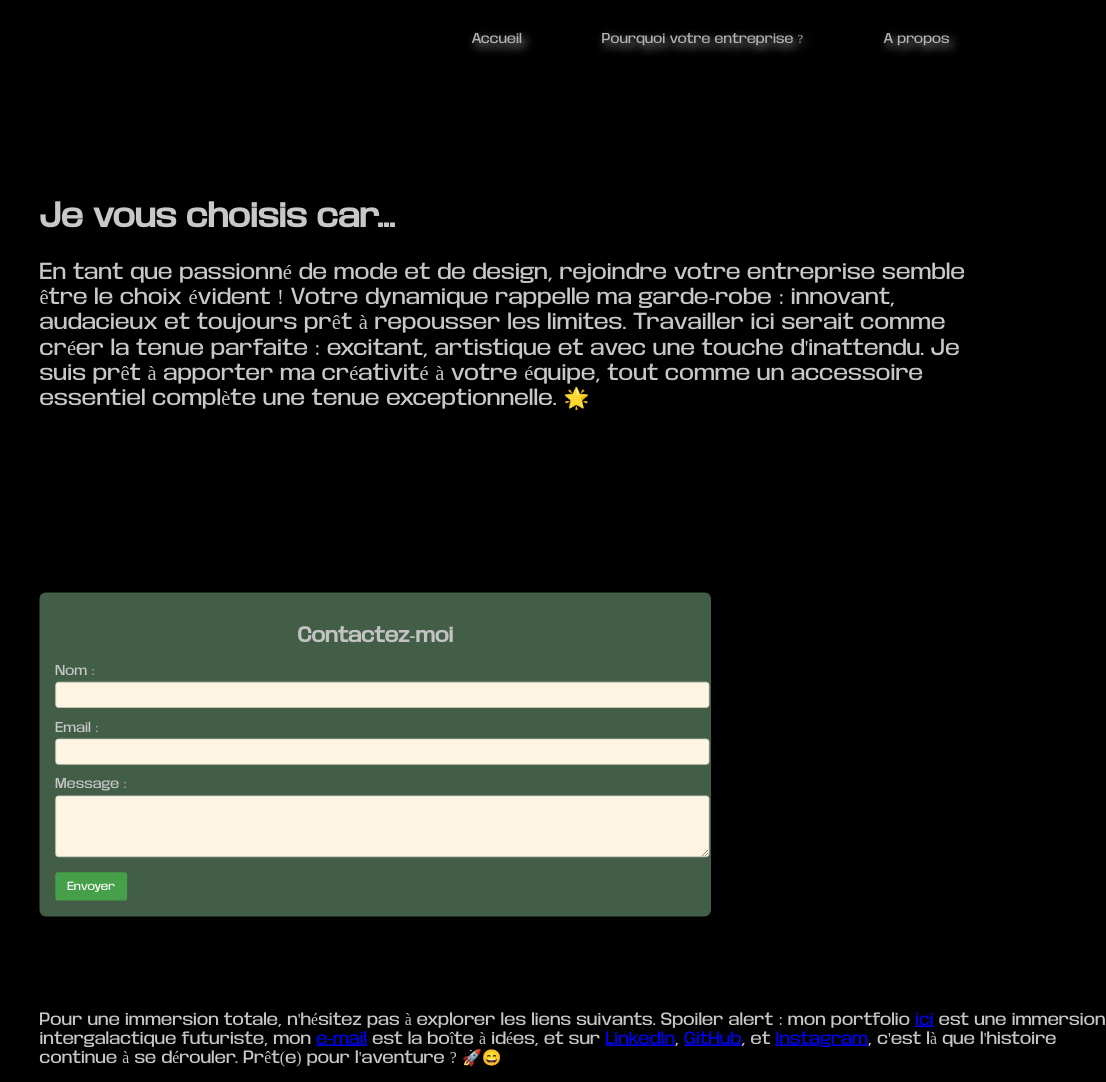
Repository: inessben/application
Page: about/about.html
The author's editor kept a copy of each file at every save. The page is drawn from the files as they stood at one save, then again after the next save.
The browser window is 1280 px wide. The page is 1400 px wide, so the pictures cover 1400 px, including what lies to the right of the window. The pictures show the whole page, at 79% of full size.

Above is the page before, as saved 2023-12-03 22:52:24.

### about/about.html
<!DOCTYPE html>
<html lang="en">
<head>
    <meta charset="UTF-8">
    <meta name="viewport" content="width=device-width, initial-scale=1.0">
    <!-- generate the icon -->
    <link rel="apple-touch-icon" sizes="180x180" href="/favicon/apple-touch-icon.png">
    <link rel="icon" type="image/png" sizes="32x32" href="/favicon/favicon-32x32.png">
    <link rel="icon" type="image/png" sizes="16x16" href="/favicon/favicon-16x16.png">
    <link rel="manifest" href="/favicon/site.webmanifest">
    <link rel="mask-icon" href="/favicon/safari-pinned-tab.svg" color="#5bbad5">
    <meta name="msapplication-TileColor" content="#da532c">
    <!--  -->
    <meta name="theme-color" content="#ffffff">
    <title>#slowlyApplication</title>
    <link rel="stylesheet" href="about.css">
</head>
<body>
    <section id="nav-header">
        <header class="nav-links">
            <a href="/index.html" class="link">Accueil</a>
            <a href="/company/company.html" class="link">Pourquoi votre entreprise ?</a>
            <a href="/about/about.html" class="link">A propos</a>
        </header>
    </section>
    <section id="description">
        <h1>Je vous choisis car...</h1>
        <p> En tant que passionné de mode et de design, rejoindre votre entreprise semble être le choix évident ! Votre dynamique rappelle ma garde-robe : innovant, audacieux et toujours prêt à repousser les limites. Travailler ici serait comme créer la tenue parfaite : excitant, artistique et avec une touche d'inattendu. Je suis prêt à apporter ma créativité à votre équipe, tout comme un accessoire essentiel complète une tenue exceptionnelle. 🌟 </p>
    </section>

    <section id="contact-form-container">
        <form id="contact-form">
        <h2>Contactez-moi</h2>

        <label for="name">Nom :</label>
        <input type="text" id="name" name="name" required>

        <label for="email">Email :</label>
        <input type="email" id="email" name="email" required>

        <label for="message">Message :</label>
        <textarea id="message" name="message" rows="4" required></textarea>

        <button type="submit">Envoyer</button>
        </form>
    </section>

    <footer>
        <p>Pour une immersion totale, n'hésitez pas à explorer les liens suivants. Spoiler alert : mon portfolio <a href="https://iness-portfolio.vercel.app/">ici</a> est une immersion intergalactique futuriste, mon <a href="mailto:ine.benss@gmail.com">e-mail</a> est la boîte à idées, et sur <a href="https://www.linkedin.com/in/iness-benaissa/">LinkedIn</a>, <a href="lien-vers-ton-github">GitHub</a>, et <a href="lien-vers-ton-insta">Instagram</a>, c'est là que l'histoire continue à se dérouler. Prêt(e) pour l'aventure ? 🚀😄</p>
    </footer>

</body>
</html>

### about/about.css

@font-face {
    font-family: "Jolley";
    src: url("/fonts/jolley.woff");
    }

@font-face {
    font-family: "Base Neue";
    src: url("/fonts/base-neue.ttf");
    }

::-webkit-scrollbar {
    width: 8px;
    }

::-webkit-scrollbar-track {
    background-color: #000;
    }

::-webkit-scrollbar-thumb {
    background-color: #4b4b4b;
    border-radius: 4px;
    }

::-webkit-scrollbar-thumb:hover {
    opacity: 0.7;
    }

body {
    margin: 0;
    font-family: "Base Neue";
    background-color: #000000;
    color: #c8c8c8;
    padding: 0;
    }

#nav-header {
    position: absolute;
    top: 30px;
    right: 20px;
    font-size: 16px;
    font-weight: 500;
    padding: 10px;
    }

.link {
    filter: drop-shadow(4px 5px 6px #b2b1b1);
    padding: 8px;
    text-decoration: none;
    color: #b3b3b3;
    margin: auto 40px;
    }

.link:hover {
    opacity: 0.7;
    }

#description{
    position: relative;
    top: 200px;
    font-size: 26px;
    margin: 50px;
    width: 1200px;
    color: #c8c8c8;
    }

#contact-form-container {
    position: absolute;
    margin: 50px;
    top: 700px;
    width: 850px;
    }

#contact-form {
    position: absolute;
    background-color: #425E47;
    padding: 20px;
    border-radius: 8px;
    box-shadow: 0 4px 8px rgba(0, 0, 0, 0.1);
    transition: transform 0.3s ease-in-out;
    }

#contact-form h2 {
    text-align: center;
    color: #c3c3c3;
    }

#contact-form label {
    margin-top: 10px;
    }

#contact-form input,
#contact-form textarea {
    width: 100%;
    padding: 8px;
    margin-top: 5px;
    margin-bottom: 15px;
    background-color: #FFF5E1;
    border: 1px solid #ccc;
    border-radius: 4px;
    }

#contact-form button {
    background-color: #45a049;
    font-family: "Base Neue";
    color: white;
    align-items: center;
    border: 1px #425E47;
    padding: 10px 15px;
    border-radius: 4px;
    cursor: pointer;
    transition: background-color 0.3s ease-in-out;
    }

#contact-form button:hover {
    background-color: #45a049;
    }

#contact-form-container:hover #contact-form {
    transform: rotate(5deg);
    }

footer
{
    position: absolute;
    bottom: -700px;
    font-size: 20px;
    width: 1350px;
    margin: 50px;
}

After the next save:
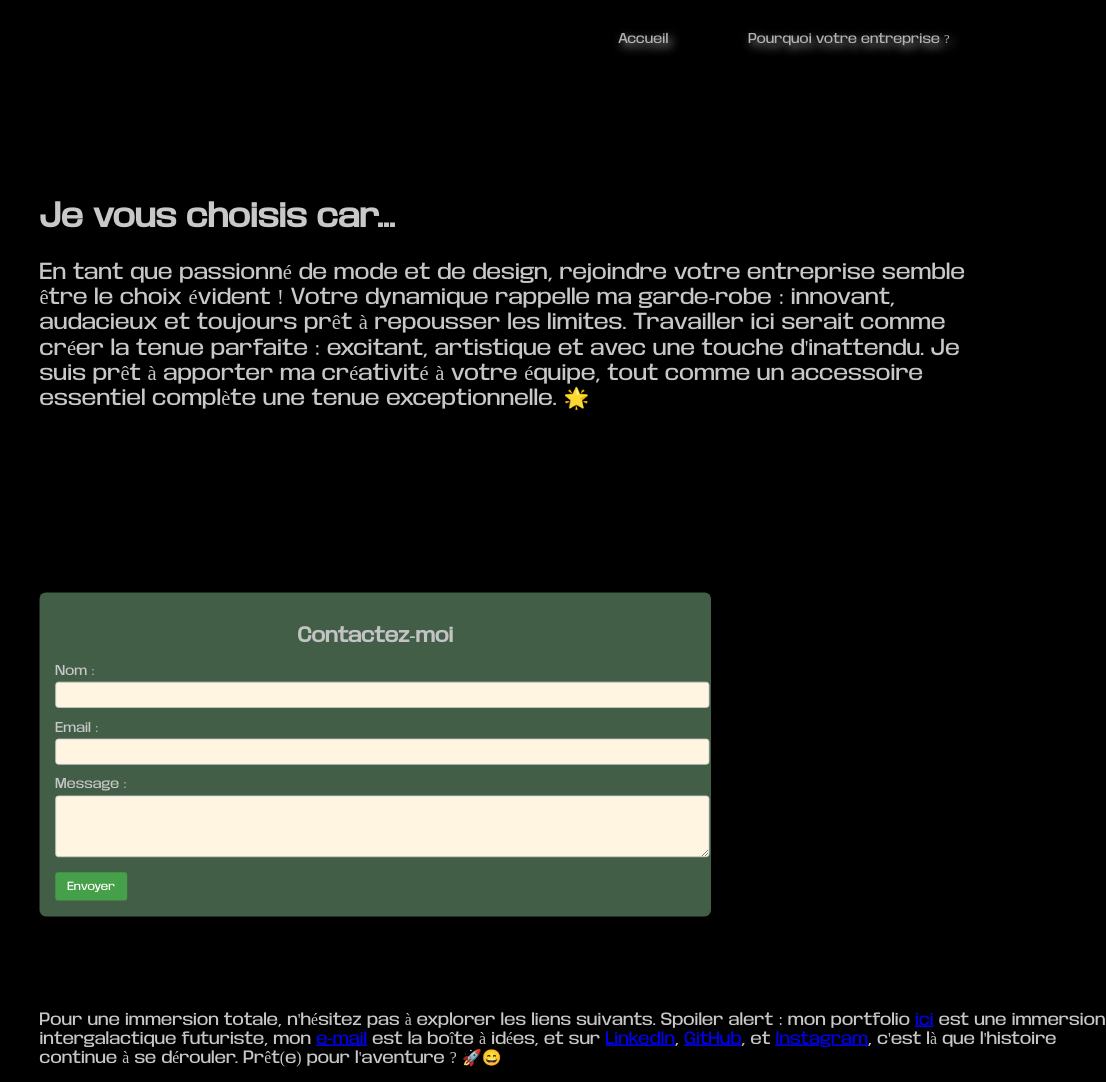
Saved 29 s later.
--- a/about/about.html
+++ b/about/about.html
@@ -20,7 +20,7 @@
         <header class="nav-links">
             <a href="/index.html" class="link">Accueil</a>
             <a href="/company/company.html" class="link">Pourquoi votre entreprise ?</a>
-            <a href="/about/about.html" class="link">A propos</a>
+            <!-- <a href="/about/about.html" class="link">A propos</a> -->
         </header>
     </section>
     <section id="description">
